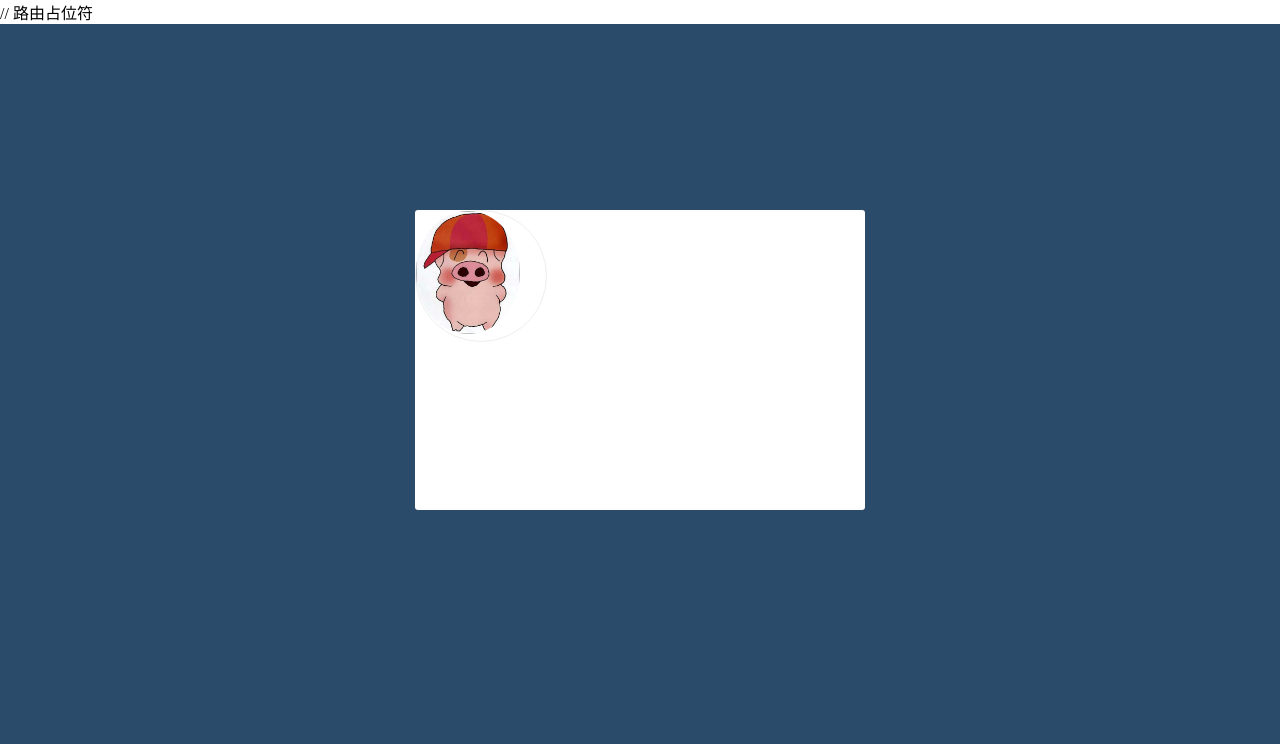
Repository: Japcy/onetwothree
Page: /
These files come from the project's save history. The page is drawn as it stood at one moment and after the next save; the edit follows.
The browser window is 1280 px wide. The pictures show the whole page.
The project was rebuilt for these pictures with package versions that can differ from the ones it lists, and the page was loaded fresh each time.

Above is the page before, as saved 2020-02-28 23:41:06.

After the next save:
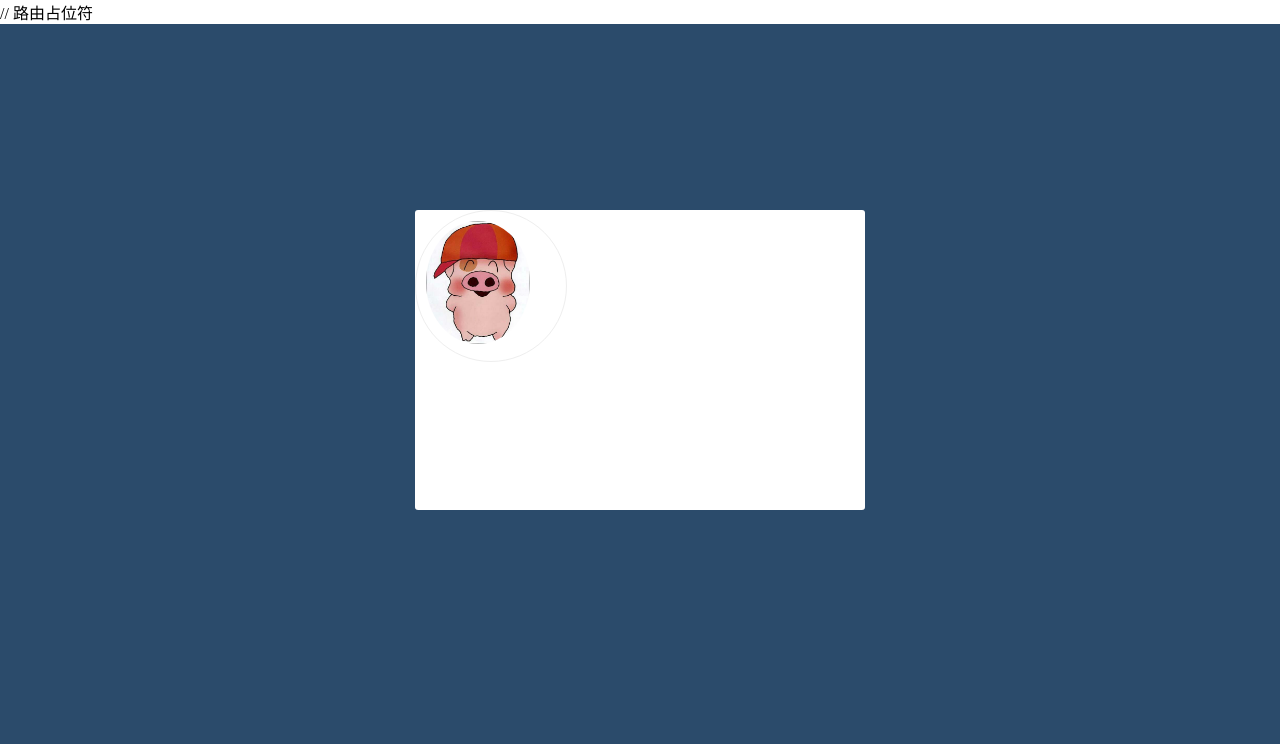
Saved 26 s later.
--- a/src/components/Login.vue
+++ b/src/components/Login.vue
@@ -37,7 +37,7 @@ export default {
   .avatar {
     width: 130px;
     height: 130px;
-    // padding: 10px;
+    padding: 10px;
     border: 1px solid #eee;
     border-radius: 50%;
     img {
